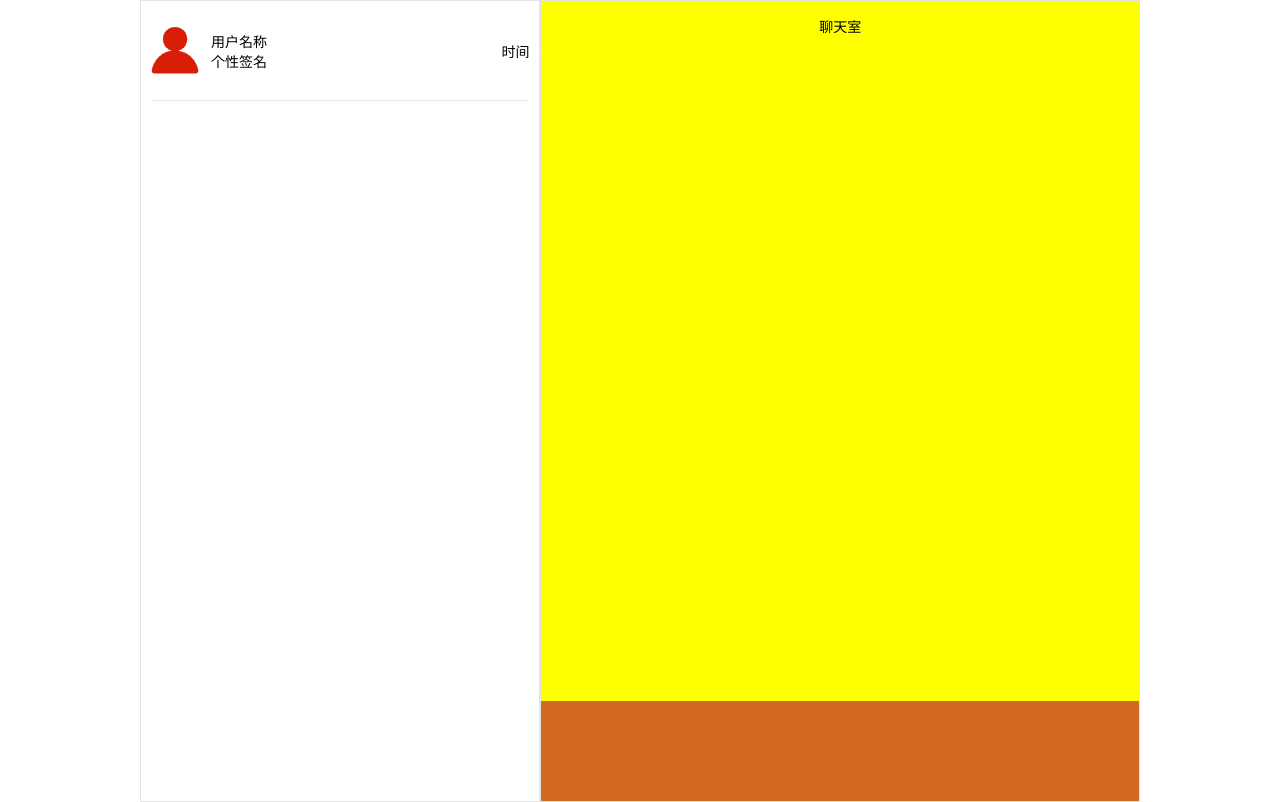
Repository: jinggegeZ/livechat
Page: /
An editor plug-in stored every save of this project. The page is shown before and after the next save, followed by the edit.
The browser window is 1280 px wide. The pictures show the whole page.
The project was rebuilt for these pictures with package versions that can differ from the ones it lists, and the page was loaded fresh each time.

Above is the page before, as saved 2020-08-17 11:14:20.

### src/App.vue
<template>
  <div id="app">

    <router-view/>
  </div>
</template>

<style lang="scss">
*{
  margin: 0;
  padding: 0;
}
</style>

### src/views/Home.vue
<template>
  <div class="content">
    <div class="content-c">
      <div class="box">
        <!-- 用户信息 -->
        <div class="box1">
          <div class="box1-1">
            <div class="box1-1-1">
              <!-- 头像 -->
              <div class="img">
                <img src="../../public/image/active-my.png" alt />
              </div>
              <!-- 用户信息 -->
              <div>
                <div>用户名称</div>
                <div>个性签名</div>
              </div>
            </div>
            <!-- 时间 -->
            <div>时间</div>
          </div>
        </div>
        <!-- 聊天信息 -->
        <div class="box2">
          <div class="box2-1">
              <div class="box2-1-top">聊天室</div>
          </div>
          <div class="box2-2"></div>
        </div>
      </div>
    </div>
  </div>
</template>

<script>
export default {
  name: "",
  props: {},
  components: {},
  data() {
    return {};
  },
  methods: {},
  mounted() {},
  watch: {},
  computed: {},
};
</script>

<style scoped lang='scss'>
.content {
  width: 100%;
  display: flex;
  justify-content: center;
  font-size: 14px;
}
.content-c {
  width: 95%;
  display: flex;
  justify-content: center;
  align-items: center;
}
.box {
  width: 1000px;
  height: 800px;
  background: white;
  display: flex;
}
.box1 {
  flex: 4;
  height: 100%;
  display: flex;
  justify-content: center;
  border: 1px solid rgb(228, 228, 228);
}
.box1-1 {
  width: 95%;
  height: 99px;
  border-bottom: 1px solid rgb(228, 228, 228);
  display: flex;
  align-items: center;
  justify-content: space-between;
}
.box1-1-1 {
  display: flex;
  align-items: center;
  height: 100%;
}
.img {
  width: 50px;
  height: 50px;
  border-radius: 50%;
  margin-right: 10px;
}
.box2 {
  flex: 6;
  height: 100%;
  background: yellow;
  position: relative;
  border: 1px solid rgb(228, 228, 228);
}
.box2-2 {
  position: absolute;
  bottom: 0;
  width: 100%;
  height: 100px;
  background: chocolate;
  z-index: 1;
}
.box2-1-top {
  width: 100%;
  height: 50px;
  border-bottom: 1px solid rgb(228, 228, 228);
  display: flex;
  justify-content: center;
  align-items: center;
}
</style>

Loaded but not shown: public/index.html (common file); src/main.js (common file); src/router/index.js (common file); src/store/index.js (common file)

After the next save:
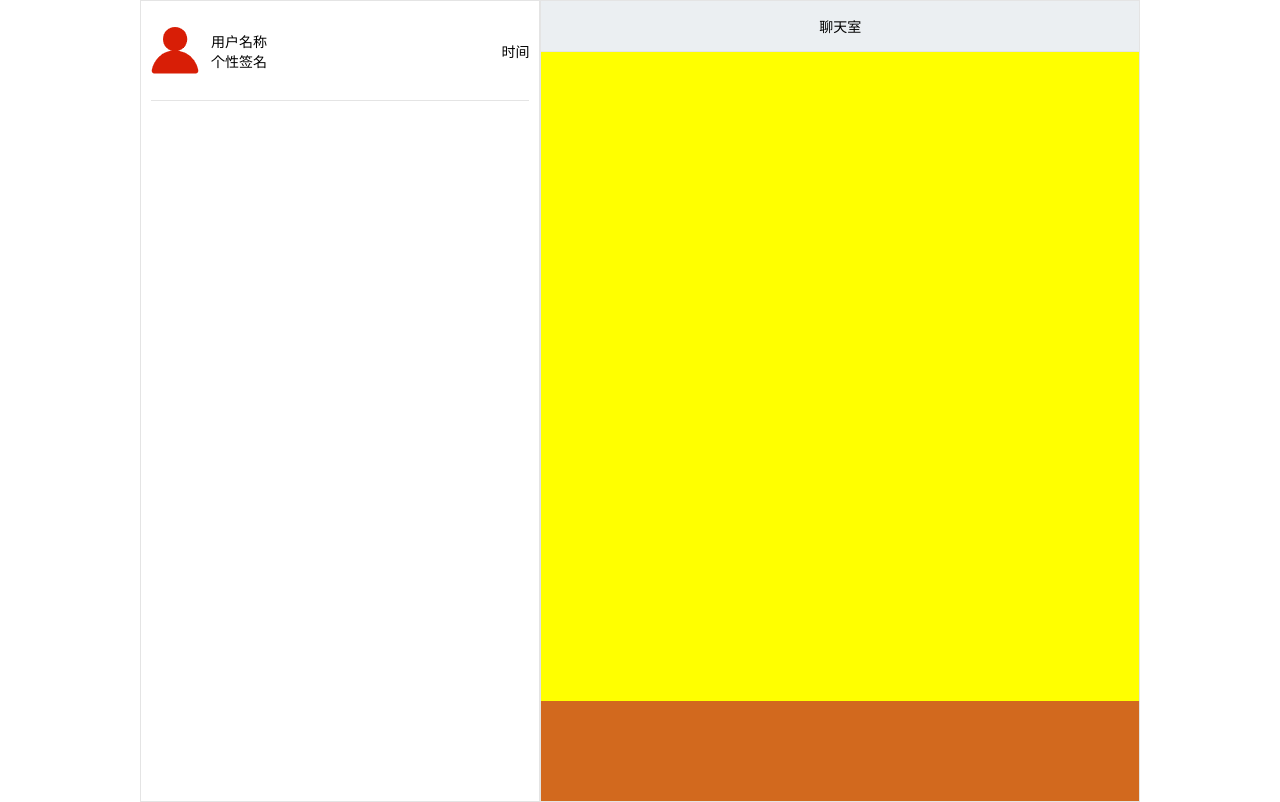
Saved 30 s later.
--- a/src/views/Home.vue
+++ b/src/views/Home.vue
@@ -114,5 +114,6 @@ export default {
   display: flex;
   justify-content: center;
   align-items: center;
+  background: rgb(235,239,242);
 }
 </style>
